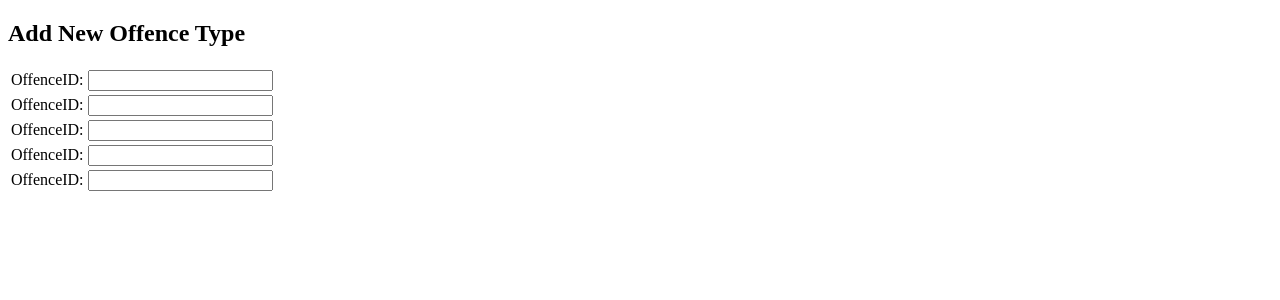
Repository: saurabhaahujaa/learning-java-springboot
Page: workspace/SpringWS/Lesson06-UI-Spring-ORM/WebContent/AddNewOffenceType.html
An editor plug-in stored every save of this project. The page is shown before and after the next save, followed by the edit.
The browser window is 1280 px wide. The pictures show the whole page.

Above is the page before, as saved 2023-03-29 05:00:59.

### workspace/SpringWS/Lesson06-UI-Spring-ORM/WebContent/AddNewOffenceType.html
<!DOCTYPE html>
<html>
<head>
<meta charset="UTF-8">
<title>Insert title here</title>
</head>
<body>
	<h2>Add New Offence Type</h2>
	<table>
		<tr>
			<td>OffenceID: </td>
			<td><input type="text" name="offenceType"/></td>
		</tr>
				<tr>
			<td>OffenceID: </td>
			<td><input type="text" name="offenceType"/></td>
		</tr>
				<tr>
			<td>OffenceID: </td>
			<td><input type="text" name="offenceType"/></td>
		</tr>
				<tr>
			<td>OffenceID: </td>
			<td><input type="text" name="offenceType"/></td>
		</tr>
				<tr>
			<td>OffenceID: </td>
			<td><input type="text" name="offenceType"/></td>
		</tr>
	</table>
</body>
</html>

After the next save:
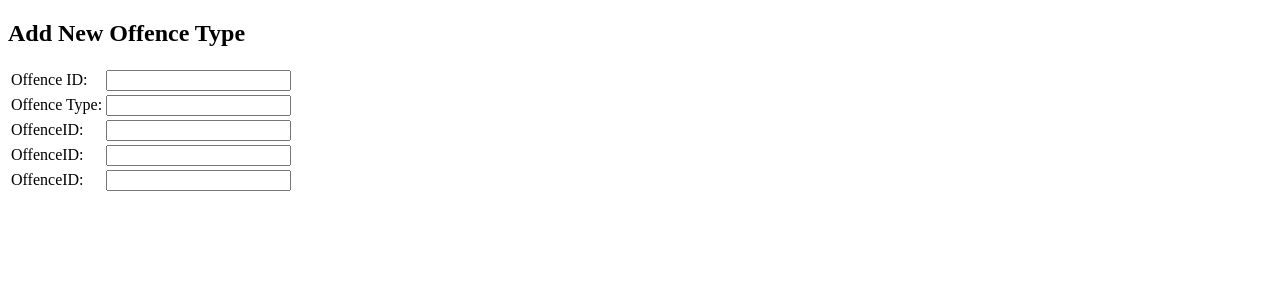
Saved 18 s later.
--- a/workspace/SpringWS/Lesson06-UI-Spring-ORM/WebContent/AddNewOffenceType.html
+++ b/workspace/SpringWS/Lesson06-UI-Spring-ORM/WebContent/AddNewOffenceType.html
@@ -8,11 +8,11 @@
 	<h2>Add New Offence Type</h2>
 	<table>
 		<tr>
-			<td>OffenceID: </td>
-			<td><input type="text" name="offenceType"/></td>
+			<td>Offence ID: </td>
+			<td><input type="text" name="offenceID"/></td>
 		</tr>
 				<tr>
-			<td>OffenceID: </td>
+			<td>Offence Type: </td>
 			<td><input type="text" name="offenceType"/></td>
 		</tr>
 				<tr>
